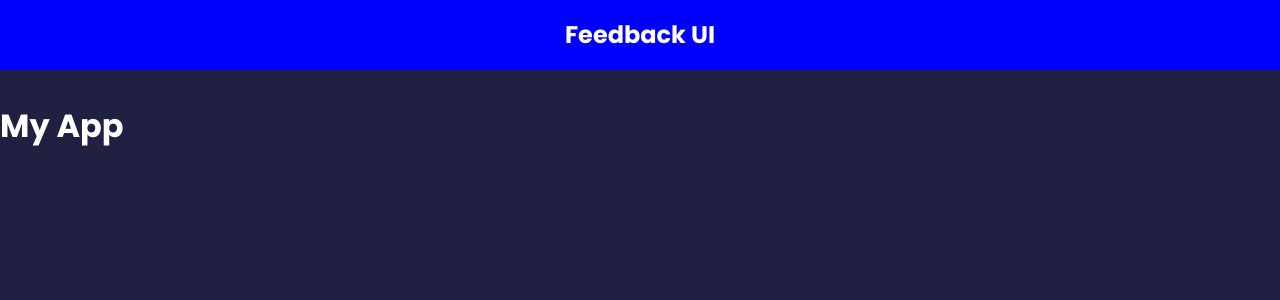
Repository: haokiet2501/feedback-app
Page: /
The author's editor kept a copy of each file at every save. The page is drawn from the files as they stood at one save, then again after the next save.
The browser window is 1280 px wide. The pictures show the whole page.
The project was rebuilt for these pictures with package versions that can differ from the ones it lists, and the page was loaded fresh each time.

Above is the page before, as saved 2022-02-23 09:08:04.

### public/index.html
<!DOCTYPE html>
<html lang="en">
  <head>
    <meta charset="utf-8" />
    <link rel="icon" href="%PUBLIC_URL%/favicon.ico" />
    <meta name="viewport" content="width=device-width, initial-scale=1" />
    <meta name="theme-color" content="#000000" />
    <meta
      name="description"
      content="Web site created using create-react-app"
    />
    <link rel="apple-touch-icon" href="%PUBLIC_URL%/logo192.png" />

    <link rel="manifest" href="%PUBLIC_URL%/manifest.json" />

    <title>Feedback App</title>
  </head>
  <body>
    <noscript>You need to enable JavaScript to run this app.</noscript>
    <div id="root"></div>

  </body>
</html>

### src/index.js
import React from 'react'
import ReactDOM from 'react-dom'
import App from './App'
import './index.css'
ReactDOM.render (
    <React.StrictMode>
        <App />
    </React.StrictMode>,
    document.getElementById('root')
)

### src/App.js
import Header from "./components/Header"

function App() {
    return (
        <>
            <Header />
            <div className="contianer">
                <h1>My App</h1>
            </div>
        </>
    )
}

export default App

### src/components/Header.jsx
import React from 'react'
import ProTypes from 'prop-types'

const Header = ({ text, bgColor, textColor }) => {
  const handleStyles = {
      backgroundColor: bgColor,
      color: textColor
  }
  return (
    <header style={handleStyles}>
        <div className="container">
            <h2>{text}</h2>
        </div>
    </header>
  )
}

Header.defaultProps = {
    text: 'Feedback UI',
    bgColor: 'blue'
}

Header.proTypes = {
    text: ProTypes.string,
}

export default Header

Loaded but not shown: src/index.css (common file)

After the next save:
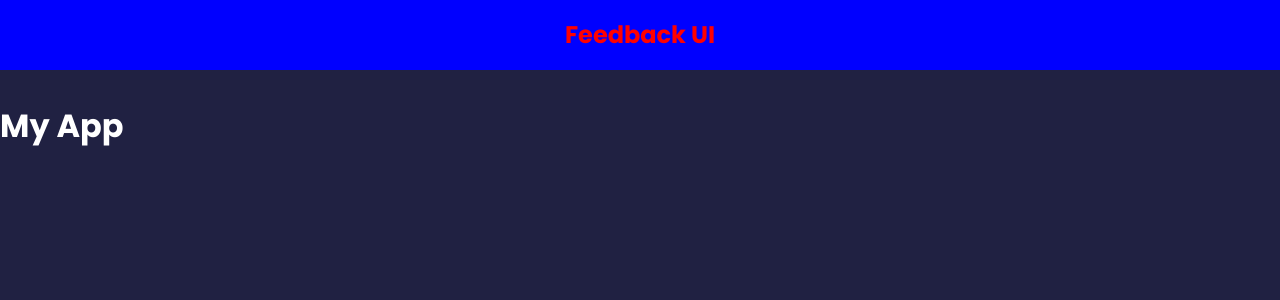
Saved 5 s later.
--- a/src/components/Header.jsx
+++ b/src/components/Header.jsx
@@ -17,7 +17,8 @@ const Header = ({ text, bgColor, textColor }) => {
 
 Header.defaultProps = {
     text: 'Feedback UI',
-    bgColor: 'blue'
+    bgColor: 'blue',
+    textColor: 'red'
 }
 
 Header.proTypes = {
